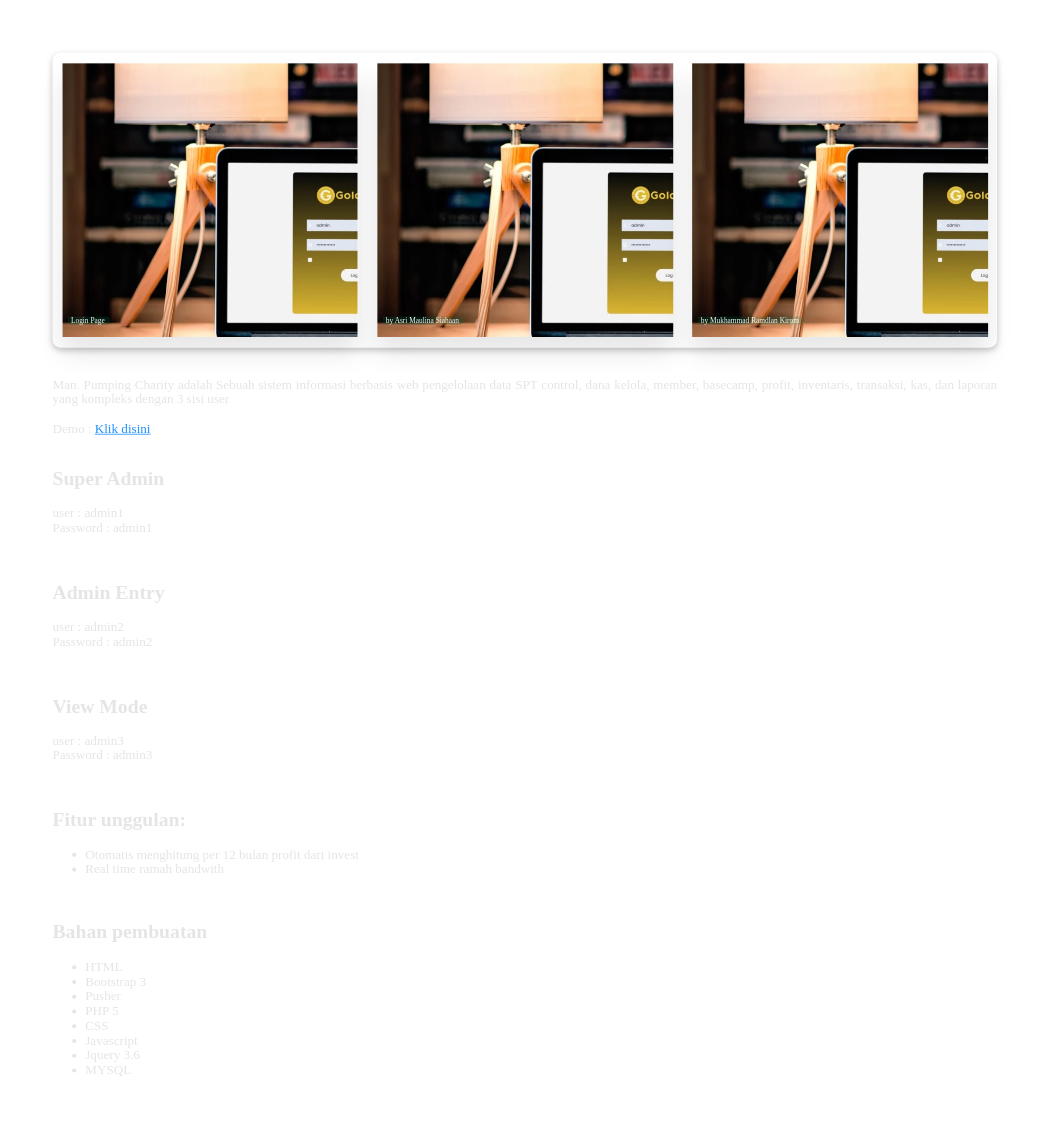
Repository: yusup-maulana/yusup-maulana.github.io
Page: portofolio-manpumping.html
These files come from the project's save history. The page is drawn as it stood at one moment and after the next save; the edit follows.
The browser window is 1280 px wide. The pictures show the whole page, at 82% of full size.
Some web fonts or font styles are not loaded; a fallback is used.

Above is the page before, as saved 2023-02-06 13:06:25.

After the next save:
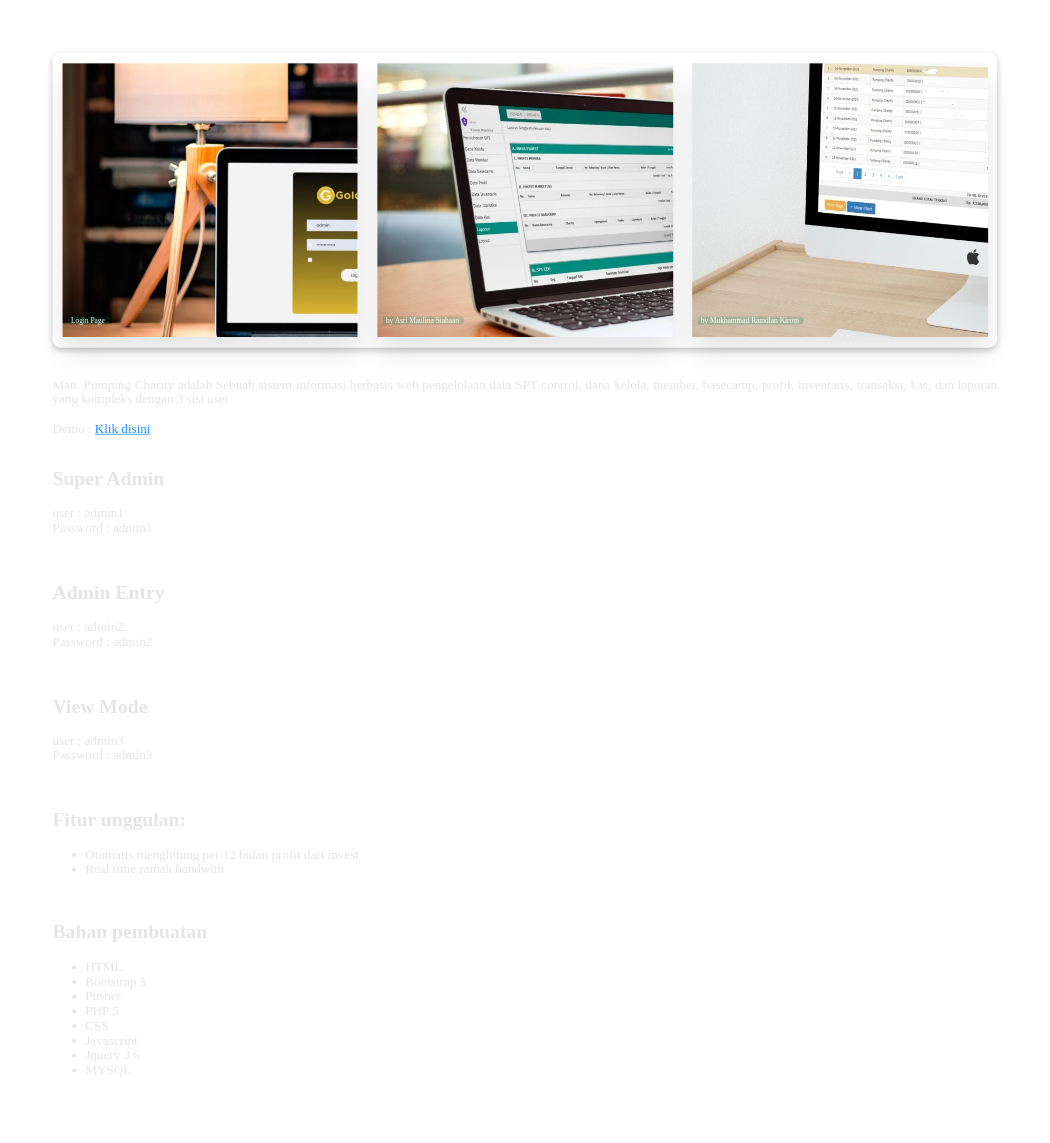
Saved 17 s later.
--- a/portofolio-manpumping.html
+++ b/portofolio-manpumping.html
@@ -101,11 +101,11 @@
         <span>Login Page</span>
     </div>
     <div class="boxwisata">
-        <img alt="Curug Cipalasari" src="IMG/pumpingcharity/man.pumpingc1.webp" />
+        <img alt="Curug Cipalasari" src="IMG/pumpingcharity/man.pumpingc2.webp" />
         <span>by Asri Maulina Siahaan</span>
     </div>
     <div class="boxwisata">
-        <img alt="Curug Cipalasari" src="IMG/pumpingcharity/man.pumpingc1.webp" />
+        <img alt="Curug Cipalasari" src="IMG/pumpingcharity/man.pumpingc3.webp" />
         <span>by Mukhammad Ramdlan Kirom</span>
     </div>
 </div>
